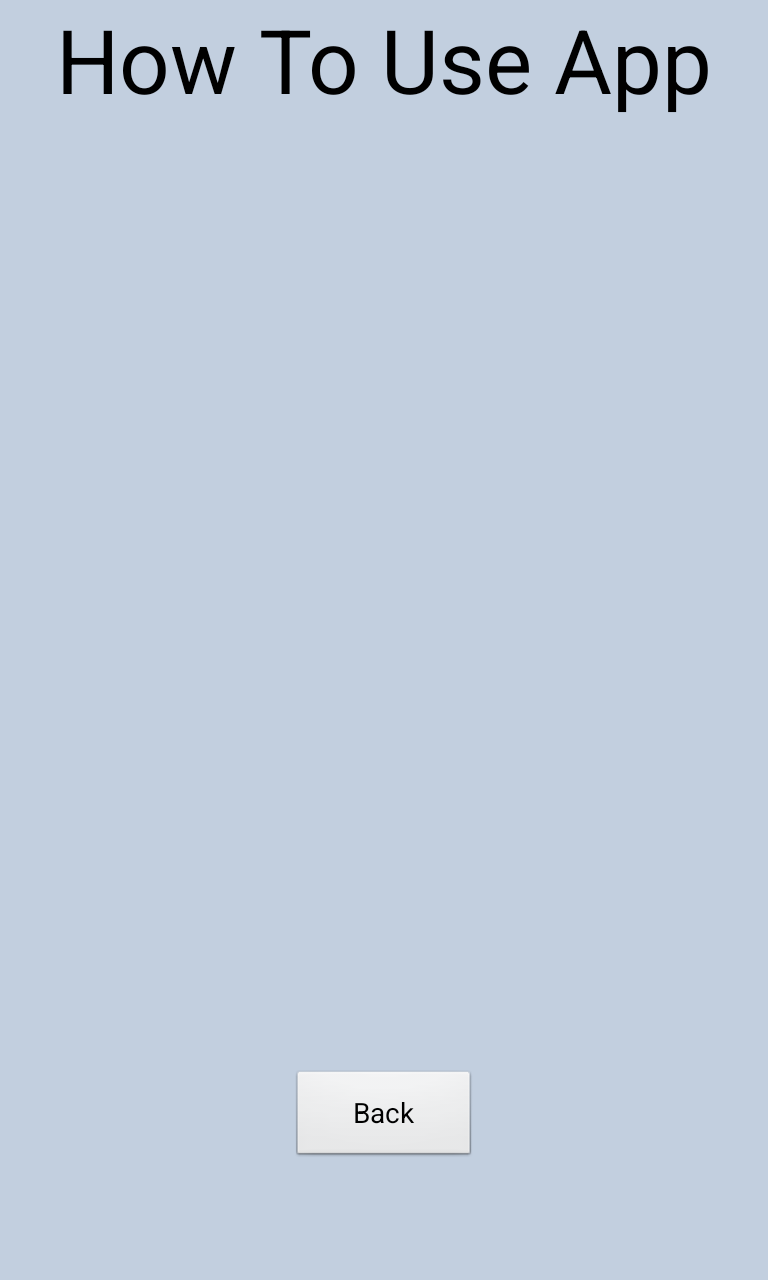
Repository: parinya1968/My-project
Layout: DroidWork/getBig/res/layout/howto.xml
The author's editor kept a copy of each file at every save. The layout is drawn from the files as they stood at one save, then again after the next save.
It is drawn on a 768 x 1280 px phone screen (xhdpi) without system bars, with theme android:Theme.NoTitleBar.Fullscreen; the app's code is not run.

Above is the layout before, as saved 2012-06-20 05:53:00.

### DroidWork/getBig/res/layout/howto.xml
<?xml version="1.0" encoding="utf-8"?>
<LinearLayout xmlns:android="http://schemas.android.com/apk/res/android"
    android:layout_width="fill_parent"
    android:layout_height="fill_parent"
    android:background="#C2CFDF"
    android:orientation="vertical" >

    <TextView
        android:layout_width="wrap_content"
        android:layout_height="wrap_content"
        android:layout_gravity="center_horizontal"
        android:text="How To Use App"
        android:textColor="#000000"
        android:textSize="20pt" />




    <TextView
        android:id="@+id/textView1"
        android:layout_width="match_parent"
        android:layout_height="475dp"
        android:layout_gravity="center"
        android:textColor="@android:color/white"
         android:text="@string/howTo"
        android:textSize="12pt" />


    <Button
        android:id="@+id/howtoBackBtn"
        android:layout_width="94dp"
        android:layout_height="wrap_content"
        android:layout_gravity="center"
        android:text="Back" />

</LinearLayout>

### DroidWork/getBig/res/values/strings.xml
<?xml version="1.0" encoding="utf-8"?>
<resources>

    <string name="hello">Hello World, GetBigActivity!</string>
    <string name="app_name">GetBig</string>
    <string name="howTo">

    </string>

</resources>

After the next save:
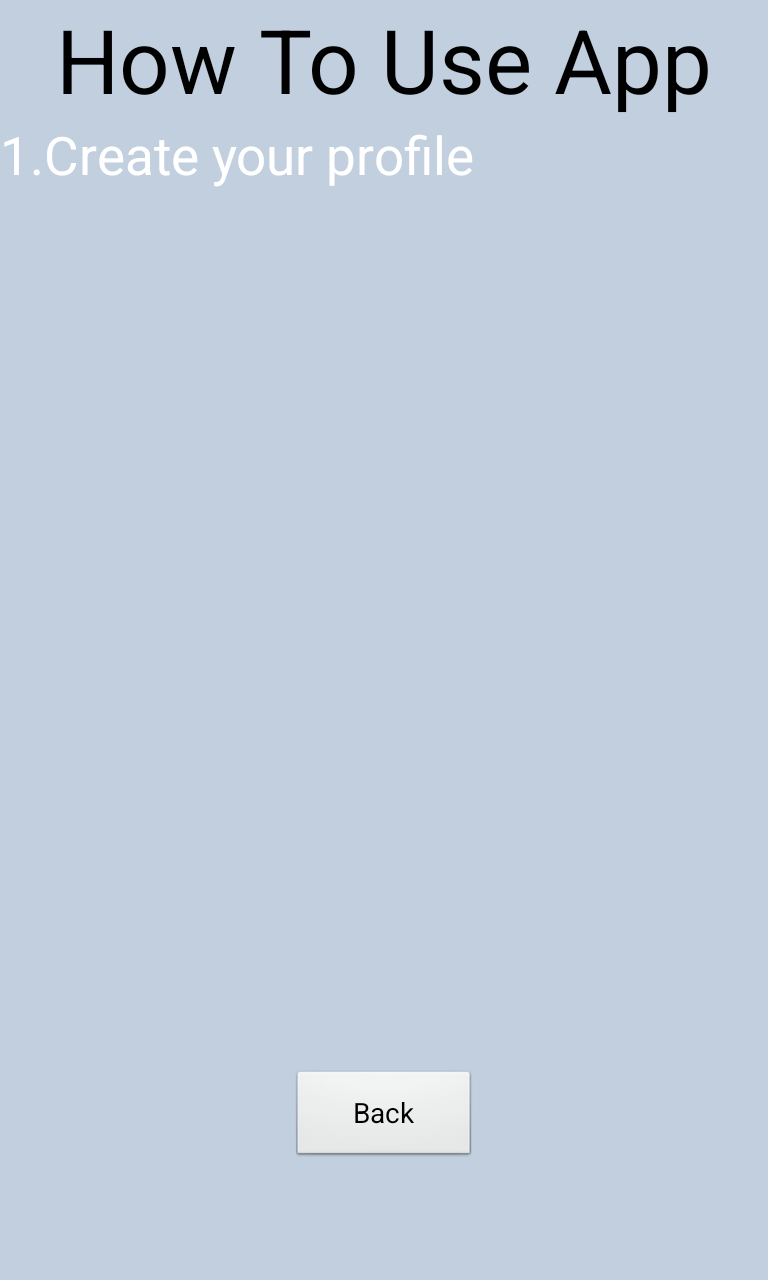
Saved 45 s later.
--- a/DroidWork/getBig/res/values/strings.xml
+++ b/DroidWork/getBig/res/values/strings.xml
@@ -3,8 +3,6 @@
 
     <string name="hello">Hello World, GetBigActivity!</string>
     <string name="app_name">GetBig</string>
-    <string name="howTo">
-
-    </string>
+    <string name="howTo"><p>1.Create your profile</p><br /></string>
 
 </resources>
